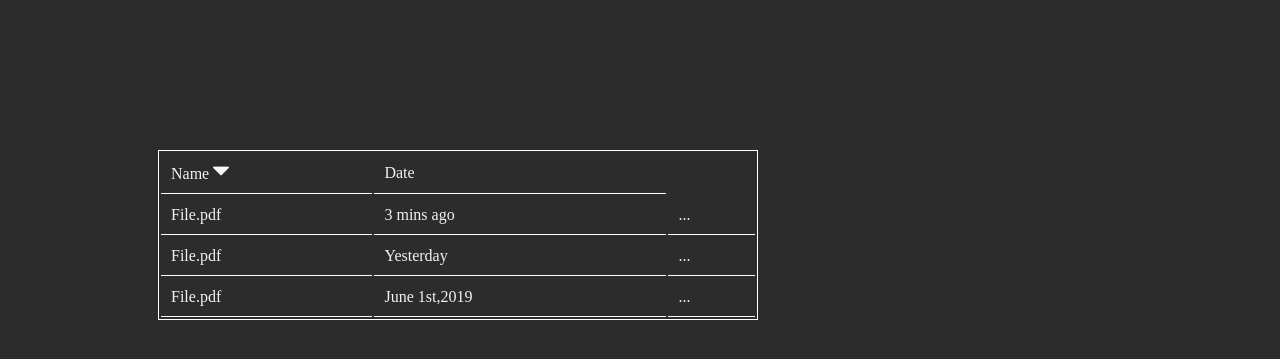
Repository: batonAnton/Hw5-table
Page: index.html
An editor plug-in stored every save of this project. The page is shown before and after the next save, followed by the edit.
The browser window is 1280 px wide. The pictures show the whole page.

Above is the page before, as saved 2022-06-11 16:00:11.

### index.html
<!DOCTYPE html>
<html lang="en">
<head>
    <meta charset="UTF-8">
    <meta http-equiv="X-UA-Compatible" content="IE=edge">
    <meta name="viewport" content="width=device-width, initial-scale=1.0">
    <title>Lecture 5</title>
    <link rel="stylesheet" href="css/style.css">
</head>
<body>
    <table>
        <tr>
            <td>Name <img src="image/down-filled-triangular-arrow.png" alt="down-filled-triangular-arrow"></td>
            <td>Date</td>
        </tr>

        <tr>
            <td>File.pdf</td>
            <td>3 mins ago</td>
            <td>...</td>
        </tr>

        <tr>
            <td>File.pdf</td>
            <td>Yesterday</td>
            <td>...</td>
        </tr>

        <tr>
            <td>File.pdf</td>
            <td>June 1st,2019</td>
            <td>...</td>
        </tr>
    </table>
</body>
</html>

### css/style.css
body {
  background-color: rgb(44, 44, 44);
  color: rgb(242, 242, 242);
}

table{
    border: 1px solid #fff;
    margin: 150px;
    width: 600px;
}

td{
    border-bottom: 1px solid #fff;
    padding: 10px;
}

After the next save:
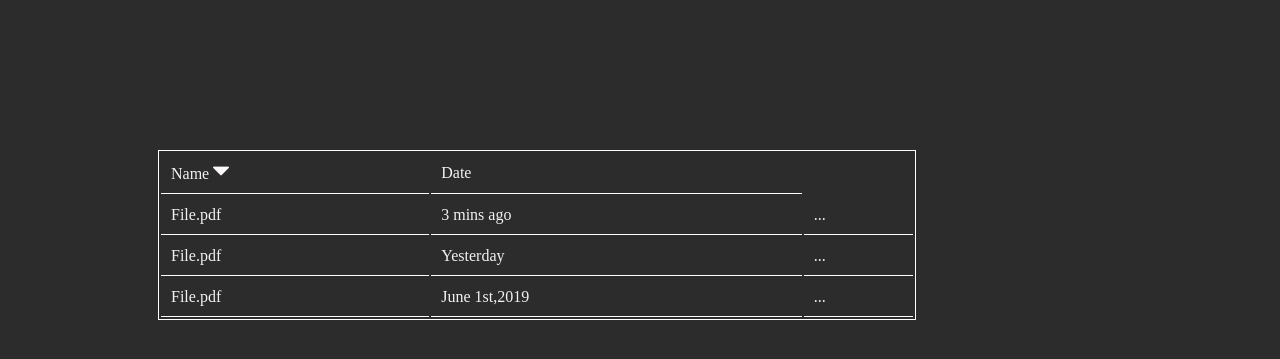
Saved 5 min 43 s later.
--- a/css/style.css
+++ b/css/style.css
@@ -6,7 +6,7 @@
 table{
     border: 1px solid #fff;
     margin: 150px;
-    width: 600px;
+    width: 60%;
 }
 
 td{
